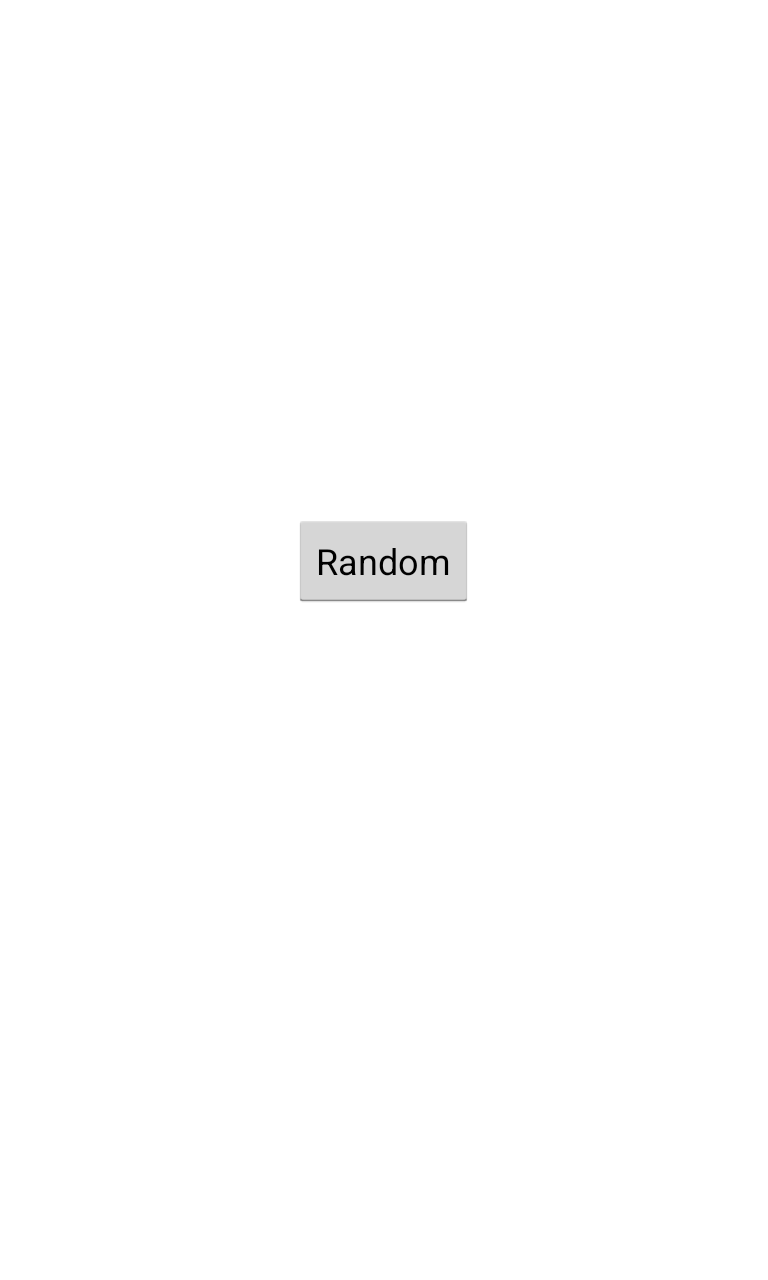
Repository: ek222mw/IDV436_API_Komponent
Layout: Labb1/res/layout/activity_main.xml
These files come from the project's save history. The layout is drawn as it stood at one moment and after the next save; the edit follows.
It is drawn on a 768 x 1280 px phone screen (xhdpi) without system bars, with theme AppTheme; the app's code is not run.

Above is the layout before, as saved 2014-11-17 10:28:08.

### Labb1/res/layout/activity_main.xml
<LinearLayout xmlns:android="http://schemas.android.com/apk/res/android"
    xmlns:tools="http://schemas.android.com/tools"
    android:layout_width="match_parent"
    android:layout_height="match_parent"
    android:paddingBottom="@dimen/activity_vertical_margin"
    android:paddingLeft="@dimen/activity_horizontal_margin"
    android:paddingRight="@dimen/activity_horizontal_margin"
    android:paddingTop="@dimen/activity_vertical_margin"
    tools:context="com.example.labb1.MainActivity"
    android:orientation="vertical"
     >


      <TextView
        android:id="@+id/randomInt"
        android:layout_width="wrap_content"
        android:layout_height="wrap_content"
        android:text="@string/randomInt"
        android:layout_gravity="center"
        android:textSize="30sp"
         />

    <Button
        android:id="@+id/button_send"
        android:layout_width="wrap_content"
        android:layout_height="wrap_content"
        android:text="@string/random"

      	android:layout_marginTop="200dp"
      	android:layout_gravity="center"
        />





</LinearLayout>

### Labb1/res/values/strings.xml
<?xml version="1.0" encoding="utf-8"?>
<resources>

    <string name="app_name">Labb1</string>
    <string name="hello_world">Hello world!</string>
    <string name="action_settings">Settings</string>
    <string name="random">Random</string>
    <string name="randomInt"></string>

</resources>

Loaded but not shown: Labb1/res/values/styles.xml (common file); Labb1/res/values-v11/styles.xml (common file); Labb1/res/values-v14/styles.xml (common file); Labb1/res/values/dimens.xml (common file); Labb1/res/values-w820dp/dimens.xml (common file)

After the next save:
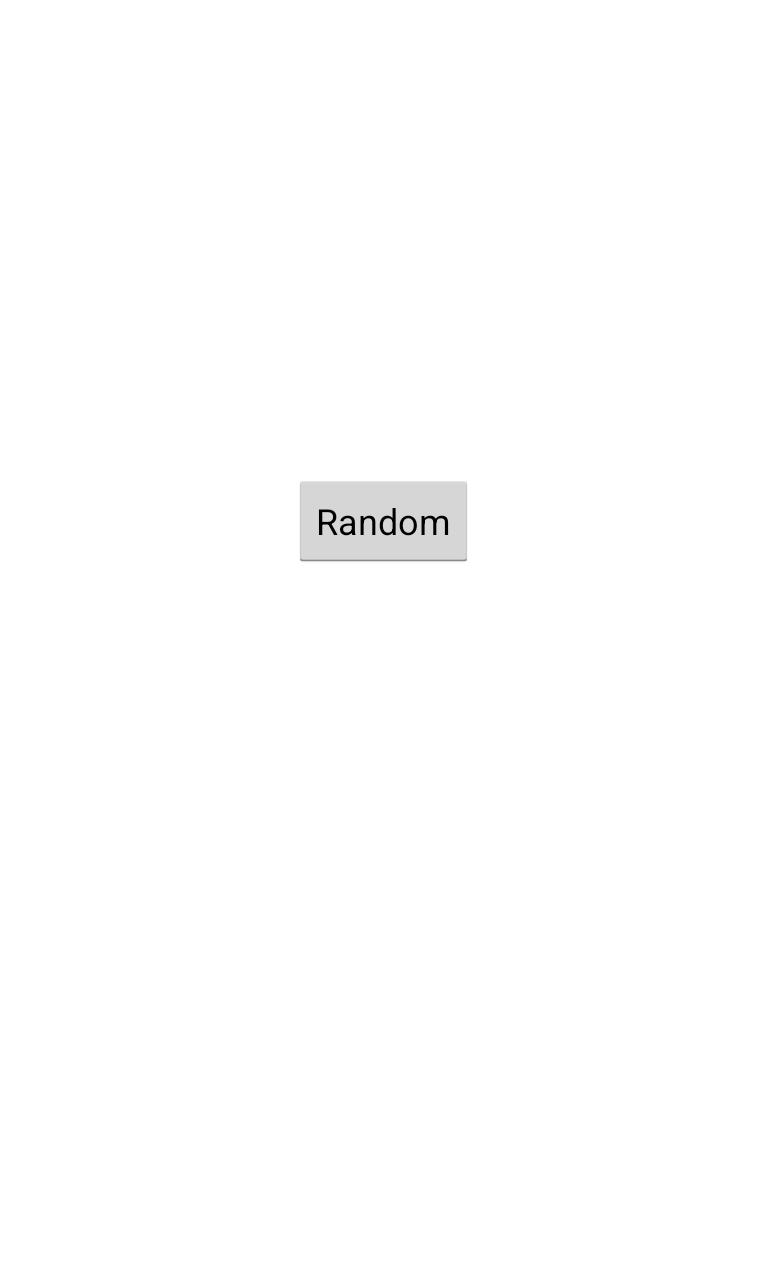
Saved 2 min 22 s later.
--- a/Labb1/res/layout/activity_main.xml
+++ b/Labb1/res/layout/activity_main.xml
@@ -26,7 +26,7 @@
         android:layout_height="wrap_content"
         android:text="@string/random"
 
-      	android:layout_marginTop="200dp"
+      	android:layout_marginTop="180dp"
       	android:layout_gravity="center"
         />
 
